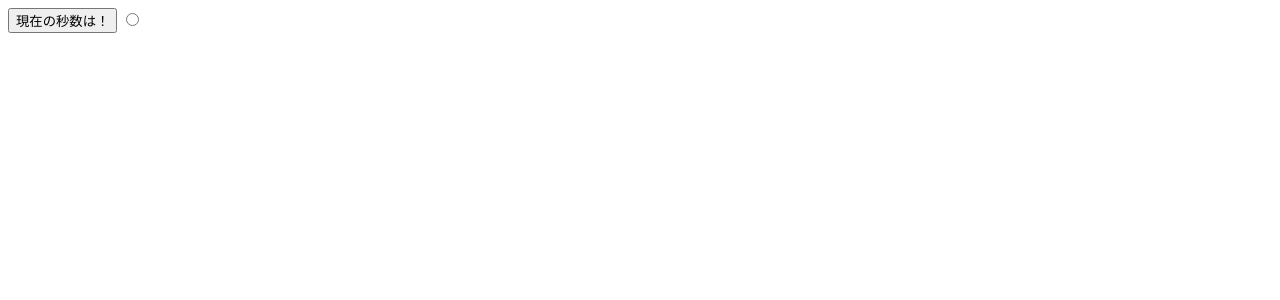
Repository: maigo999/time-abdominal-muscle
Page: index.html
An editor plug-in stored every save of this project. The page is shown before and after the next save, followed by the edit.
The browser window is 1280 px wide. The pictures show the whole page.

Above is the page before, as saved 2018-08-11 09:22:42.

After the next save:
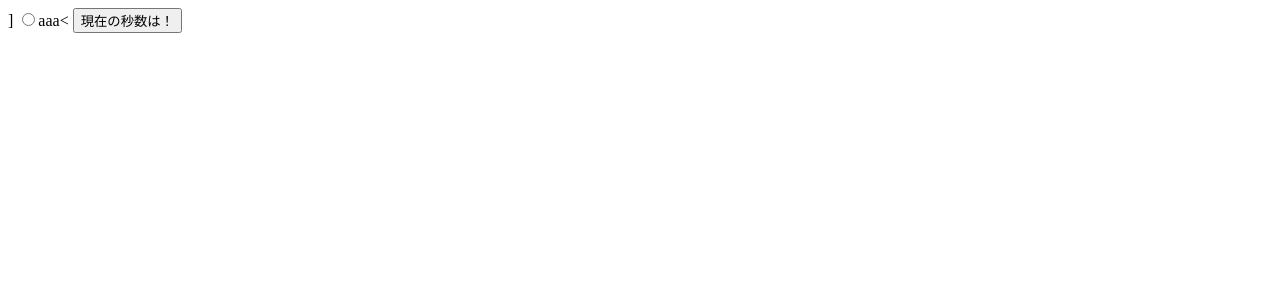
Saved 16 s later.
--- a/index.html
+++ b/index.html
@@ -6,9 +6,11 @@
     <meta http-equiv="X-UA-Compatible" content="ie=edge">
     <title>Document</title>
 </head>
-<body>
+<body>]
+
+    <input id="mode" type="radio">aaa<
     <button id="button">現在の秒数は！</button>
-    <input id="mode" type="radio">
+
     <p id="result"></p>
 
     <script src="./js/main.js"></script>
